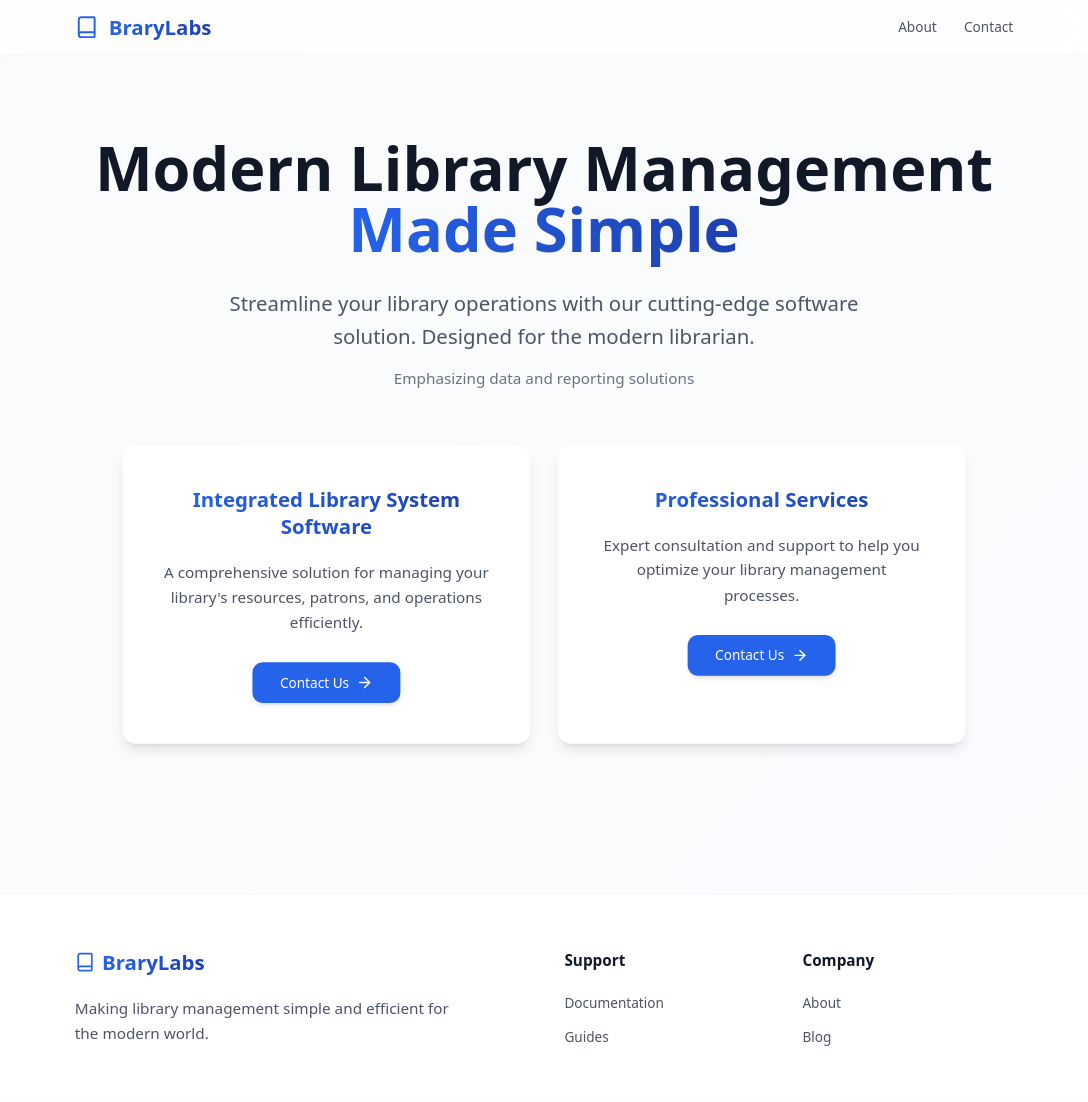
Repository: bgroble14/brarylabs-website
Page: /contact
The author's editor kept a copy of each file at every save. The page is drawn from the files as they stood at one save, then again after the next save.
The browser window is 1280 px wide. The pictures show the whole page, at 85% of full size.
The project was rebuilt for these pictures with package versions that can differ from the ones it lists, and the page was loaded fresh each time. Also part of the build but not shown: vite.config.ts.

Above is the page before, as saved 2025-01-16 16:30:17.

After the next save:
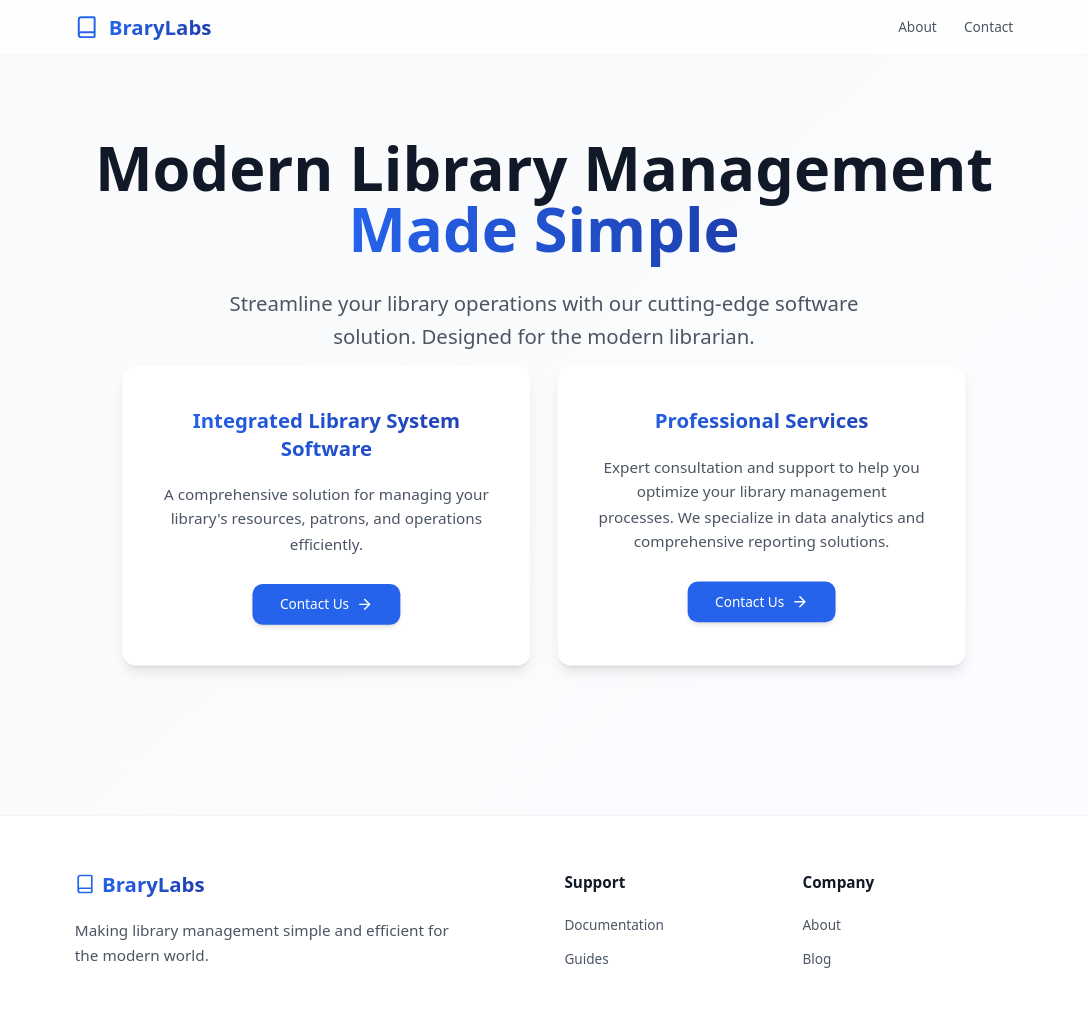
Saved 4 min 28 s later.
--- a/src/App.tsx
+++ b/src/App.tsx
@@ -63,9 +63,6 @@ function App() {
               Streamline your library operations with our cutting-edge software solution.
               Designed for the modern librarian.
             </p>
-            <p className="text-lg text-gray-500 mb-16 font-medium">
-              Emphasizing data and reporting solutions
-            </p>
 
             {/* Service Sections */}
             <div className="grid md:grid-cols-2 gap-8 max-w-5xl mx-auto px-4">
@@ -75,7 +72,7 @@ function App() {
               />
               <Section
                 title="Professional Services"
-                description="Expert consultation and support to help you optimize your library management processes."
+                description="Expert consultation and support to help you optimize your library management processes. We specialize in data analytics and comprehensive reporting solutions."
               />
             </div>
           </div>
